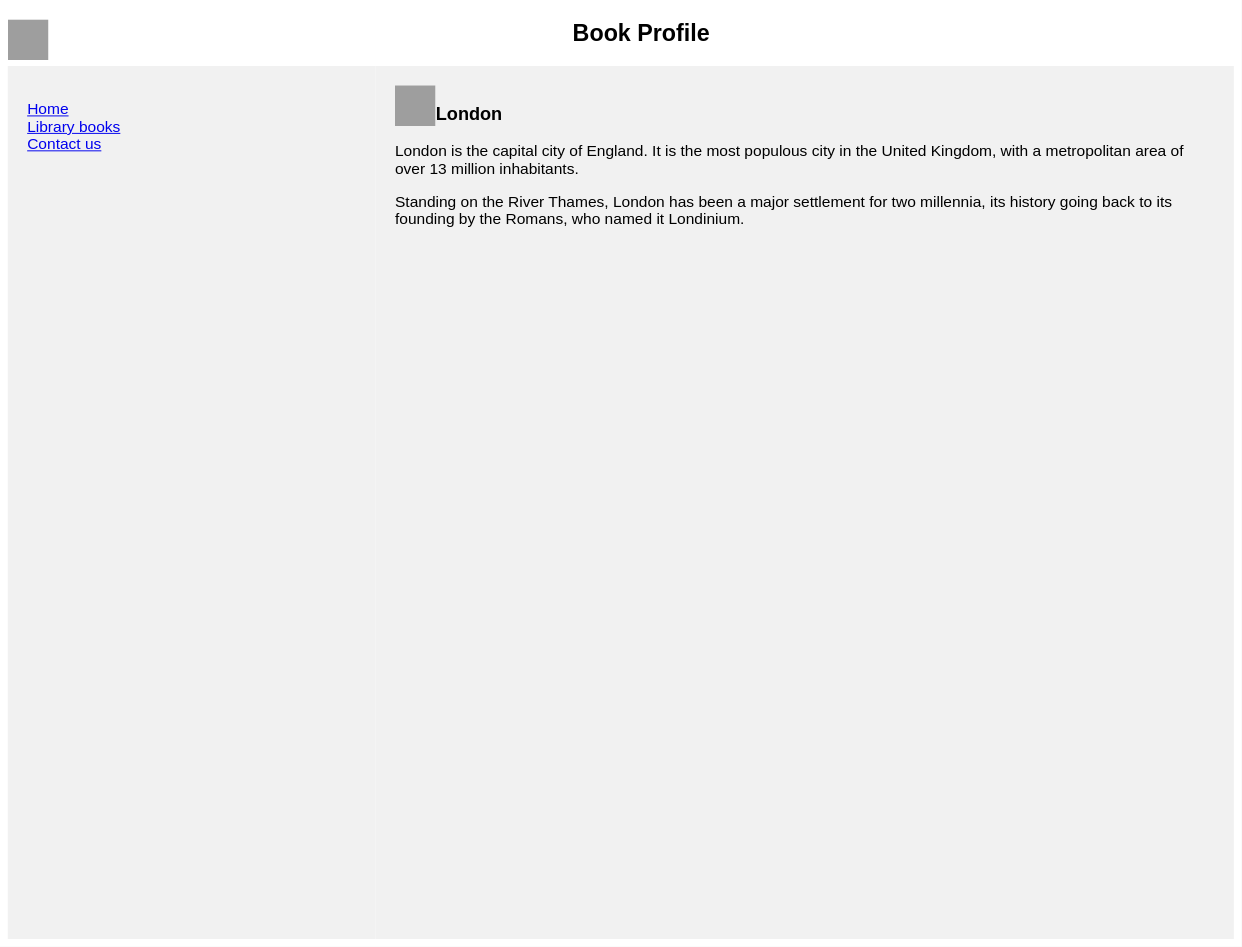
Repository: sandunigayanjali/Library_System
Page: http://localhost/library_management/bookProfille.jsp
An editor plug-in stored every save of this project. The page is shown before and after the next save, followed by the edit.
The browser window is 1280 px wide. The pictures show the whole page, at 97% of full size.
Pictures or frames that could not be fetched are drawn as grey boxes. The page is served by Tomcat 9.

Above is the page before, as saved 2018-11-24 12:06:17.

### library management/WebContent/bookProfille.jsp
<%@ page language="java" contentType="text/html; charset=ISO-8859-1"
    pageEncoding="ISO-8859-1"%>
<!DOCTYPE html PUBLIC "-//W3C//DTD HTML 4.01 Transitional//EN" "http://www.w3.org/TR/html4/loose.dtd">
<html>
<head>
<meta http-equiv="Content-Type" content="text/html; charset=ISO-8859-1">
<meta charset="utf-8">
<meta name="viewport" content="width=device-width, initial-scale=1">
<title>Insert title here</title>

<style>
* {
    box-sizing: border-box;
}

body {
    font-family: Arial, Helvetica, sans-serif;
}

/* Style the header */
header {
    background-color: #666;
    padding: 30px;
    text-align: center;
    font-size: 35px;
    color: white;
}

/* Create two columns/boxes that floats next to each other */
nav {
    float: left;
    width: 30%;
    height: 900px; /* only for demonstration, should be removed */
    background: #f1f1f1;
    padding: 20px;
}

/* Style the list inside the menu */
nav ul {
    list-style-type: none;
    padding: 0;
}

article {
    float: left;
    padding: 20px;
    width: 70%;
    background-color: #f1f1f1;
    height: 900px; /* only for demonstration, should be removed */
}

/* Clear floats after the columns */
section:after {
    content: "";
    display: table;
    clear: both;
}
image{
align:center;
}


/* Responsive layout - makes the two columns/boxes stack on top of each other instead of next to each other, on small screens */
@media (max-width: 600px) {
    nav, article {
        width: 100%;
        height: 100%;
    }
}
</style>


</head>
<body>
<center>
<img src="E:\desktop\level 2 semester 2\PROJECT\th.jpg" alt="HTML tutorial" style="float:left;width:42px;height:42px;border:0;">
<h2>Book Profile</h2>
</center>

<section>
  <nav>
    <ul>
      <li><a href="#">Home</a></li>
      <li><a href="#">Library books</a></li>
      <li><a href="#">Contact us</a></li>
    </ul>
  </nav>

  <article>

<image> <img src="E:\desktop\level 2 semester 2\PROJECT\lib.jpg" alt="HTML tutorial" style="float:left;width:42px;height:42px;border:0;"></image><br>
    <h1>London</h1>
    <p>London is the capital city of England. It is the most populous city in the  United Kingdom, with a metropolitan area of over 13 million inhabitants.</p>
    <p>Standing on the River Thames, London has been a major settlement for two millennia, its history going back to its founding by the Romans, who named it Londinium.</p>
  </article>
</section>

</body>
</html>

After the next save:
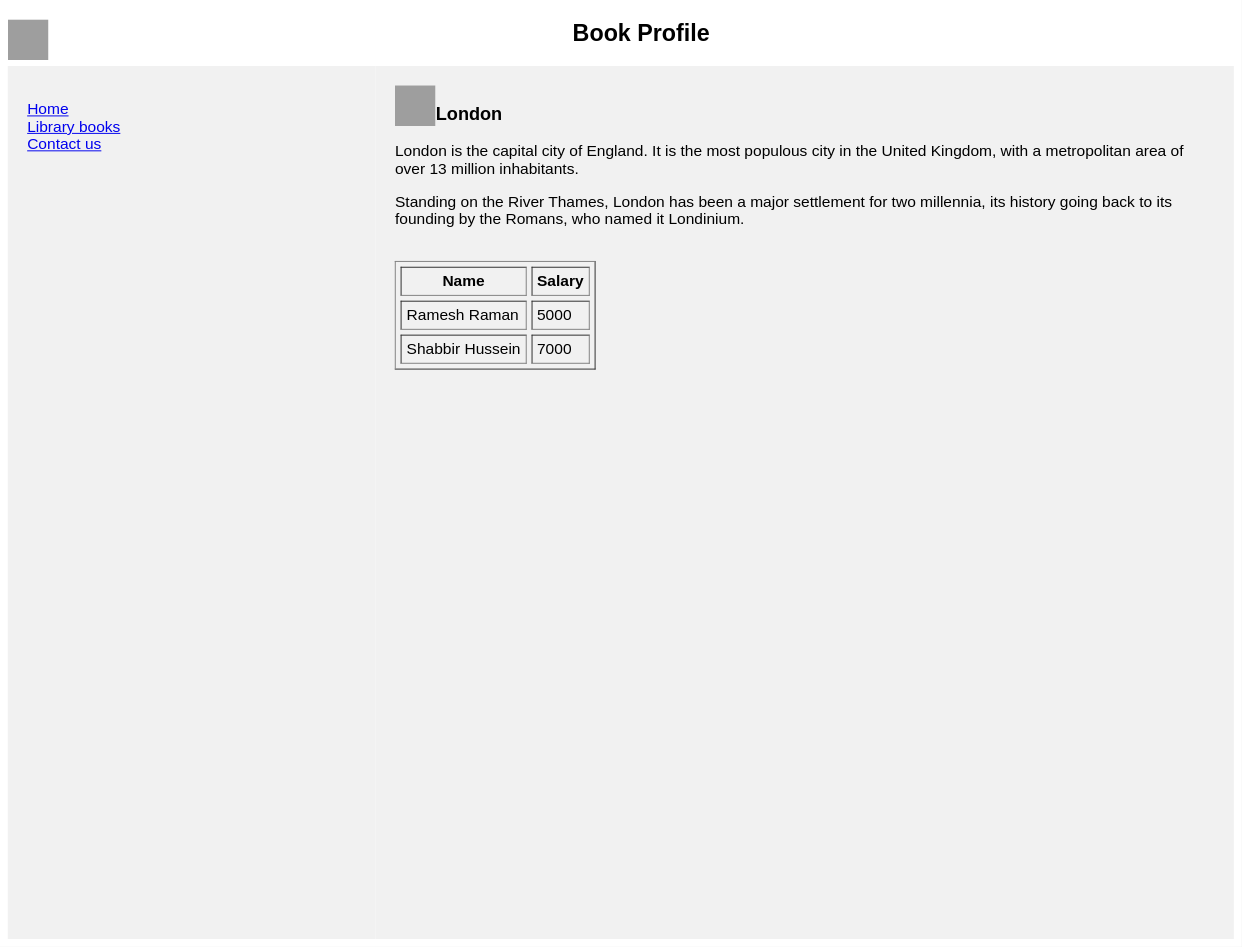
Saved 19 min 18 s later.
--- a/library management/WebContent/bookProfille.jsp
+++ b/library management/WebContent/bookProfille.jsp
@@ -92,6 +92,23 @@ align:center;
     <h1>London</h1>
     <p>London is the capital city of England. It is the most populous city in the  United Kingdom, with a metropolitan area of over 13 million inhabitants.</p>
     <p>Standing on the River Thames, London has been a major settlement for two millennia, its history going back to its founding by the Romans, who named it Londinium.</p>
+    <br>
+     <table border = "1" cellpadding = "5" cellspacing = "5">
+         <tr>
+            <th>Name</th>
+            <th>Salary</th>
+         </tr>
+         <tr>
+            <td>Ramesh Raman</td>
+            <td>5000</td>
+         </tr>
+         <tr>
+            <td>Shabbir Hussein</td>
+            <td>7000</td>
+         </tr>
+      </table>
+
+
   </article>
 </section>
 
